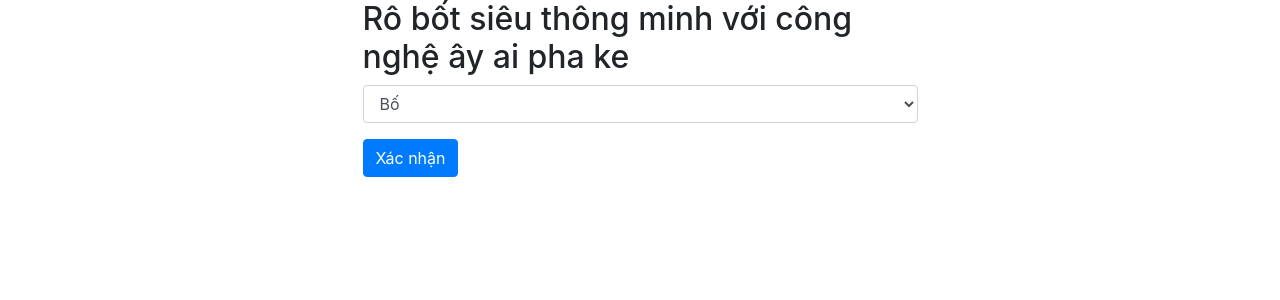
Repository: dovanthao2404/BC14_BaiTap_JS_Buoi_4_dovanthao
Page: html/bai2.html
An editor plug-in stored every save of this project. The page is shown before and after the next save, followed by the edit.
The browser window is 1280 px wide. The pictures show the whole page.

Above is the page before, as saved 2021-07-03 01:20:18.

### html/bai2.html
<!DOCTYPE html>
<html lang="en">

<head>
  <meta charset="UTF-8">
  <meta http-equiv="X-UA-Compatible" content="IE=edge">
  <meta name="viewport" content="width=device-width, initial-scale=1.0">
  <title>Document</title>

  <!-- BS4 -->
  <link rel="stylesheet" href="https://cdn.jsdelivr.net/npm/bootstrap@4.6.0/dist/css/bootstrap.min.css"
    integrity="sha384-B0vP5xmATw1+K9KRQjQERJvTumQW0nPEzvF6L/Z6nronJ3oUOFUFpCjEUQouq2+l" crossorigin="anonymous">
</head>

<body>
  <div class="container">
    <div class="w-50 mx-auto">
      <h2>Rô bốt siêu thông minh với công nghệ ây ai pha ke</h2>
      <div class="fom-group">
        <select class="form-control" id="">
          <option selected>Bố</option>
          <option>Mẹ</option>
          <option>Anh Trai</option>
          <option>Em gái</option>
        </select>
      </div>
      <button id="confirm" class="btn btn-primary mt-3">Xác nhận</button>
    </div>
  </div>
</body>

</html>

### js/bai2.js
document.getElementById("user").addEventListener("change", function () {
  audioSayHi();
})

function audioSayHi() {
  var user = document.getElementById("user").selectedIndex;
  if (user === 0) {
    returnNotification("Vui lòng chọn!");
  } else if (user === 1) {
    handlerResult("../audio/conchaobo.mp3", "Con chào bố!")
  } else if (user === 2) {
    audio.src = "../audio/conchaome.mp3";
    handlerResult("../audio/conchaome.mp3", "Con chào mẹ!")
    returnNotification("Con chào mẹ!");
  } else if (user === 3) {
    handlerResult("../audio/emchaoanh.mp3", "Em chào anh!")
  } else {
    handlerResult("../audio/emgai.mp3", "Anh chào em gái!")
  }
}

function handlerResult(src, notification) {
  var audio = document.getElementById("audio");
  audio.src = src;
  audio.play();
  returnNotification(notification);
}

function returnNotification(notification) {
  var result = document.getElementById("result");
  result.innerHTML = notification;
}

setTimeout(function () {
  var audio = document.getElementById("audio");
  audio.src = "../audio/moichon.mp3";
  audio.play();
}, 500)

After the next save:
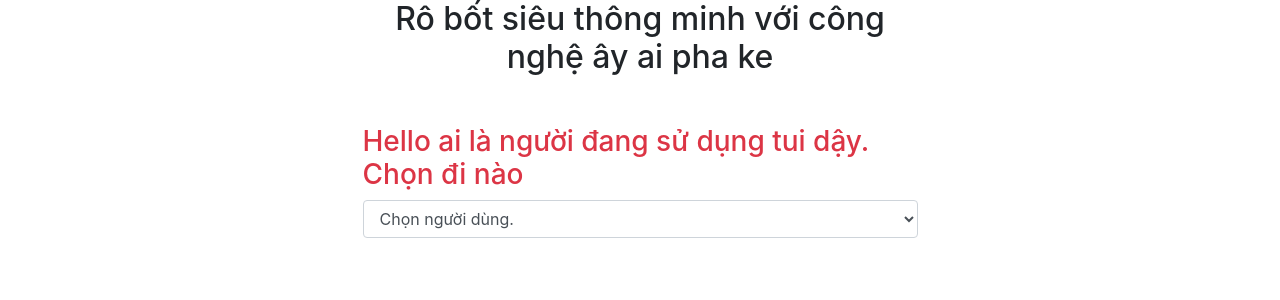
Saved 18 s later.
--- a/html/bai2.html
+++ b/html/bai2.html
@@ -15,18 +15,24 @@
 <body>
   <div class="container">
     <div class="w-50 mx-auto">
-      <h2>Rô bốt siêu thông minh với công nghệ ây ai pha ke</h2>
+      <h2 class="text-center">Rô bốt siêu thông minh với công nghệ ây ai pha ke</h2>
       <div class="fom-group">
-        <select class="form-control" id="">
-          <option selected>Bố</option>
+        <h3 class="mt-5 text-danger">Hello ai là người đang sử dụng tui dậy. Chọn đi nào</h3>
+        <select class="form-control" id="user">
+          <option selected>Chọn người dùng.</option>
+          <option>Bố</option>
           <option>Mẹ</option>
           <option>Anh Trai</option>
           <option>Em gái</option>
         </select>
       </div>
-      <button id="confirm" class="btn btn-primary mt-3">Xác nhận</button>
+      <audio id="audio" src=""></audio>
+      <div class="mt-3">
+        <h2 id="result"></h2>
+      </div>
     </div>
   </div>
+  <script src="../js/bai2.js"></script>
 </body>
 
 </html>
